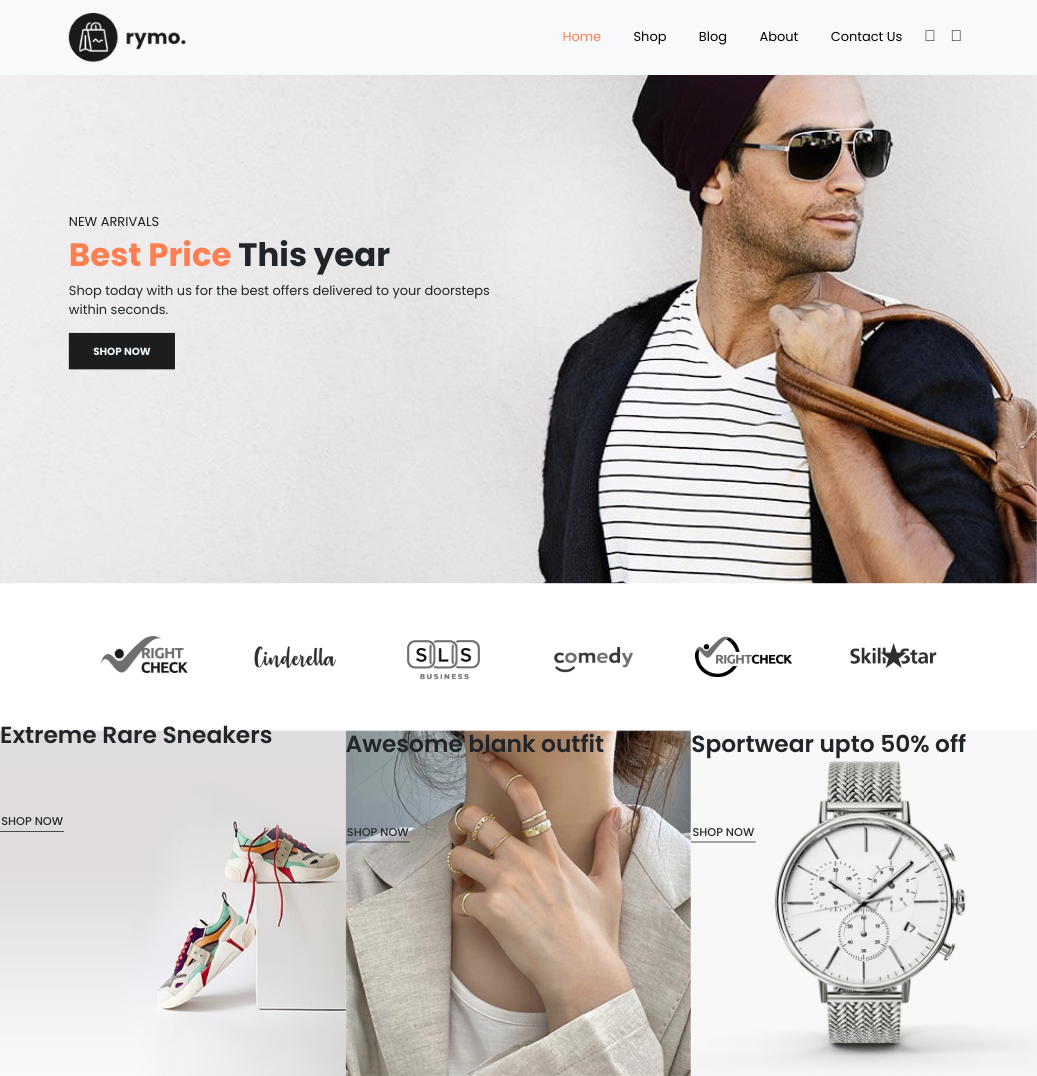
Repository: peter417waweru/e-commerce-UI
Page: index.html
An editor plug-in stored every save of this project. The page is shown before and after the next save, followed by the edit.
The browser window is 1280 px wide. The pictures show the whole page, at 81% of full size.
Some web libraries are served in a nearby version.

Above is the page before, as saved 2025-02-07 21:17:17.

### index.html
<!DOCTYPE html>
<html lang="en">

    <head>
        <meta charset="UTF-8">
        <meta http-equiv="X-UA-Compatible" content="IE=edge">
        <meta name="viewport" content="width=device-width, initial-scale=1.0">
        <title>Ecommerce Website1</title>

        <link rel="stylesheet" href="https://cdn.jsdelivr.net/npm/bootstrap@4.1.3/dist/css/bootstrap.min.css"
         integrity="sha384-MCw98/SFnGE8fJT3GXwEOngsV7Zt27NXFoaoApmYm81iuXoPkFOJwJ8ERdknLPMO" crossorigin="anonymous">

        <link rel="stylesheet" href="https://pro.fontawesome.com/releases/v5.10.0/css/all.css" />

        <link rel="stylesheet" href="./style.css">
    </head>

    <body>

        <nav class="navbar navbar-expand-lg navbar-light bg-light py-3 fixed-top">
            <div class="container">
              <img src="img/logo1.png" alt="">
              <button class="navbar-toggler" type="button" data-bs-toggle="collapse" data-bs-target="#navbarSupportedContent" aria-controls="navbarSupportedContent" aria-expanded="false" aria-label="Toggle navigation">
                <span><i id="bar" class="fas fa-bars"></i></span>
              </button>
              <div class="collapse navbar-collapse" id="navbarSupportedContent">
                <ul class="navbar-nav ml-auto">
                  <li class="nav-item">
                    <a class="nav-link active" aria-current="page" href="#">Home</a>
                  </li>
                  <li class="nav-item">
                    <a class="nav-link" aria-current="page" href="#">Shop</a>
                  </li>
                  <li class="nav-item">
                    <a class="nav-link" aria-current="page" href="#">Blog</a>
                  </li>
                  <li class="nav-item">
                    <a class="nav-link" aria-current="page" href="#">About</a>
                  </li>
                  <li class="nav-item">
                    <a class="nav-link" aria-current="page" href="#">Contact Us</a>
                  </li>
                  <li class="nav-item">
                    <i class="fal fa-search"></i>
                    <i class="fal fa-shopping-bag"></i>
                  </li>


                </ul>

              </div>
            </div>
        </nav>


        <section id="home">
          <div class="container">
            <h5>NEW ARRIVALS</h5>
            <h1><span>Best Price</span> This year</h1>
            <p>Shop today with us for the best offers delivered to your doorsteps <br>
               within seconds.
            </p>
            <button>Shop Now</button>
          </div>
        </section>

        <section id="brand" class="container">
          <div class="row m-0 py-5">
            <img class="img-fluid col-lg-2 col-md-4 col-sm-6" src="img/brand/1.png" alt="">
            <img class="img-fluid col-lg-2 col-md-4 col-sm-6" src="img/brand/2.png" alt="">
            <img class="img-fluid col-lg-2 col-md-4 col-sm-6" src="img/brand/3.png" alt="">
            <img class="img-fluid col-lg-2 col-md-4 col-sm-6" src="img/brand/4.png" alt="">
            <img class="img-fluid col-lg-2 col-md-4 col-sm-6" src="img/brand/5.png" alt="">
            <img class="img-fluid col-lg-2 col-md-4 col-sm-6" src="img/brand/6.png" alt="">
          </div>
        </section>

        <section id="new" class="w-100" >
          <div class="row p-0 m-0">
            <div class="one col-lg-4 col-md-12 col-sm-12 p-0">
              <img class="img-fluid" src="img/new/1.jpg" alt="">
              <div class="details">
                <h2>Extreme Rare Sneakers</h2>
                <button class="text-uppercase">shop now</button>
              </div>
            </div>
            <div class="one col-lg-4 col-md-12 col-sm-12 p-0">
              <img class="img-fluid" src="img/new/5.jpg" alt="">
              <div class="details">
                <h2>Awesome blank outfit</h2>
                <button class="text-uppercase">shop now</button>
              </div>
            </div>
            <div class="one col-lg-4 col-md-12 col-sm-12 p-0">
              <img class="img-fluid" src="img/new/3.jpg" alt="">
              <div class="details">
                <h2>Sportwear upto 50% off</h2>
                <button class="text-uppercase">shop now</button>
              </div>
            </div>
          </div>

        </section>
        <script src="https://cdn.jsdelivr.net/npm/@popperjs/core@2.9.1/dist/umd/popper.min.js"
            integrity="sha384-SR1sx49pcuLnqZUnnPwx6FCym0wLsk5JZuNx2bPPENzswTNFaQU1RDvt3wT4gWFG"
            crossorigin="anonymous"></script>
        <script src="https://cdn.jsdelivr.net/npm/bootstrap@5.0.0-beta3/dist/js/bootstrap.min.js"
            integrity="sha384-j0CNLUeiqtyaRmlzUHCPZ+Gy5fQu0dQ6eZ/xAww941Ai1SxSY+0EQqNXNE6DZiVc"
            crossorigin="anonymous"></script>
    </body>

</html>

### style.css
@import url("https://fonts.googleapis.com/css2?family=Poppins:wght@100;200;300;400;500;600;700;800;900&display=swap");
* {
  margin: 0;
  padding: 0;
  box-sizing: border-box;
}

body {
  font-family: "Poppins", sans-serif;
}

h1 {
  font-size: 2.5rem;
  font-weight: 700;
}

h2 {
  font-size: 1.8rem;
  font-weight: 600;
}

h3 {
  font-size: 1.4rem;
  font-weight: 800;
}

h4 {
  font-size: 1.1rem;
  font-weight: 600;
}

h5 {
  font-size: 1rem;
  font-weight: 400;
  color: #1d1d1d;
}

h6 {
  color: #d8d8d8;
}

button {
  font-size: 0.8rem;
  font-weight: 700;
  outline: none;
  border: none;
  background-color: #1d1d1d;
  color: aliceblue;
  padding: 13px 30px;
  cursor: pointer;
  text-transform: uppercase;
  transition: 0.3s ease;
}

button:hover {
  background-color: #3a3833;
}

hr {
  width: 30px;
  height: 2px;

}

.navbar {
  font-size: 16px;
  background-color: #d8d8d8;
  top: 0;
  left: 0;
}

.navbar-light .navbar-nav .nav-link{
  padding: 0 20px;
  color: black;
  transition: 0.3s ease;
}

.navbar-light .navbar-nav .nav-link:hover,
.navbar i:hover,
.navbar-light .navbar-nav .nav-link.active,
.navbar i.active
{
  color: coral;
}



.navbar i{
  font-size: 1.2rem;
  padding: 0 7px;
  cursor: pointer;
  transition: 0.3s ease;
}

/* Mobile Nav*/


.navbar-light .navbar-toggler{
  border: none;
  outline: none;
}

#bar {
  font-size: 1.5rem;
  padding: 7px;
  cursor: pointer;
  font-weight: 500;
  color: black;
  transition: 0.3s ease;
}

#bar:hover,
#bar.active{
  color: #fff;
}

@media only screen and (max-width: 990px) {

  body > nav > div > button:hover ,
  body > nav > div > button:focus {
    background-color: #fb774b;
  }

  body > nav > div > button:hover #bar,
  body > nav > div > button:focus #bar {
    background-color: #fb774b;
  }

  #navbarSupportedContent > ul {
    margin: 1rem;
    justify-content: flex-end;
    align-items: flex-end;
    text-align: right;
  }

  #navbarSupportedContent > ul > li:nth-child(n) > a {
    padding: 10px 0;
  }
}


#home {
  background-image: url("img/back.jpg");
  width: 100%;
  height: 100vh;
  background-size: cover;
  background-position: top 70px center;
  display: flex;
  flex-direction: column;
  align-items: flex-start;
  justify-content: center;

}

#home span{
  color: coral;
}

#new .one img{
  width: 100%;
  height: 100%;
  background-position: center center;
  background-repeat: no-repeat;
  background-size: cover;
  position: relative;
}


#new .one .details{
  position: absolute;
  width: 100%;
  height: 10%;
  top: 0;
  left: 0;
  transition: 0.3s ease;
}

#new .one:hover .details{
  cursor: pointer;
  background-color: rgba(255, 178, 178, 0.8);
}

#new .one .details button{
 display: inline-block;
 font-size: 14px;
 font-weight: 500;
 color: #2a2a2a;
 background: none;
 text-transform: uppercase;
 border-bottom: 1px solid #2a2a2a;
 padding: 1.5px;
 transform: translateY(70px);
 transition: 0.3s ease;
}

#new .one .details button:hover{
  cursor: pointer;
  color: #fff;
  border-bottom: 1px solid #fff;
}

#new .one:nth-child(1) .details{
  display: flex;
  justify-content: center;
  flex-direction: column;
  align-items: flex-start;
  text-align: start;

}

After the next save:
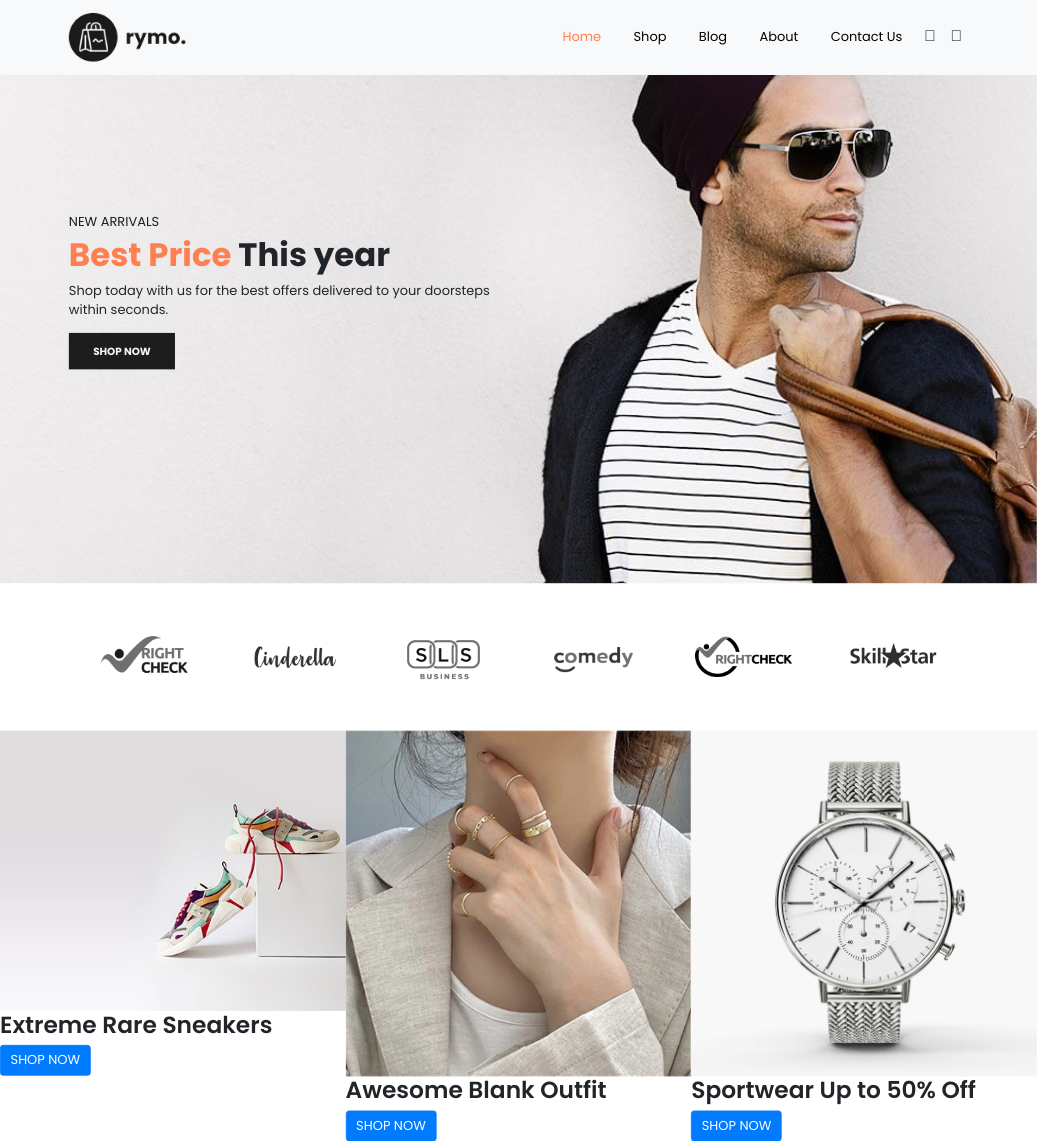
Saved 105 s later.
--- a/index.html
+++ b/index.html
@@ -75,32 +75,32 @@
           </div>
         </section>
 
-        <section id="new" class="w-100" >
+        <section id="new" class="w-100">
           <div class="row p-0 m-0">
-            <div class="one col-lg-4 col-md-12 col-sm-12 p-0">
-              <img class="img-fluid" src="img/new/1.jpg" alt="">
+            <div class="product-card col-lg-4 col-md-6 col-sm-12 p-0">
+              <img class="img-fluid" src="img/new/1.jpg" alt="Extreme Rare Sneakers">
               <div class="details">
                 <h2>Extreme Rare Sneakers</h2>
-                <button class="text-uppercase">shop now</button>
+                <a href="#" class="btn btn-primary text-uppercase">Shop Now</a>
               </div>
             </div>
-            <div class="one col-lg-4 col-md-12 col-sm-12 p-0">
-              <img class="img-fluid" src="img/new/5.jpg" alt="">
+            <div class="product-card col-lg-4 col-md-6 col-sm-12 p-0">
+              <img class="img-fluid" src="img/new/5.jpg" alt="Awesome Blank Outfit">
               <div class="details">
-                <h2>Awesome blank outfit</h2>
-                <button class="text-uppercase">shop now</button>
+                <h2>Awesome Blank Outfit</h2>
+                <a href="#" class="btn btn-primary text-uppercase">Shop Now</a>
               </div>
             </div>
-            <div class="one col-lg-4 col-md-12 col-sm-12 p-0">
-              <img class="img-fluid" src="img/new/3.jpg" alt="">
+            <div class="product-card col-lg-4 col-md-6 col-sm-12 p-0">
+              <img class="img-fluid" src="img/new/3.jpg" alt="Sportwear up to 50% off">
               <div class="details">
-                <h2>Sportwear upto 50% off</h2>
-                <button class="text-uppercase">shop now</button>
+                <h2>Sportwear Up to 50% Off</h2>
+                <a href="#" class="btn btn-primary text-uppercase">Shop Now</a>
               </div>
             </div>
           </div>
+        </section>
 
-        </section>
         <script src="https://cdn.jsdelivr.net/npm/@popperjs/core@2.9.1/dist/umd/popper.min.js"
             integrity="sha384-SR1sx49pcuLnqZUnnPwx6FCym0wLsk5JZuNx2bPPENzswTNFaQU1RDvt3wT4gWFG"
             crossorigin="anonymous"></script>
